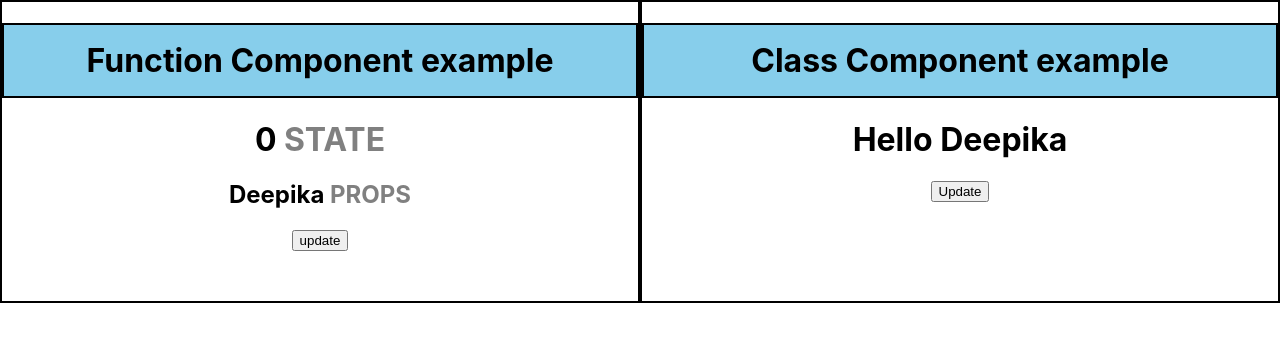
Repository: DeepikaSuretek/React
Page: / (app in practice-app/)
An editor plug-in stored every save of this project. The page is shown before and after the next save, followed by the edit.
The browser window is 1280 px wide. The pictures show the whole page.
The project was rebuilt for these pictures with package versions that can differ from the ones it lists, and the page was loaded fresh each time.

Above is the page before, as saved 2024-07-08 19:58:39.

### practice-app/src/App.js
import './App.css';
import User from './class-component/class';
import Fun from './functional-component/function'

function App() {
  return (
    <div className="App" style={{display: "inline-flex",
      width: "100%"}}>
      <div style={{width:"50%",border: "2px solid","padding-bottom": "50px"}}>
        <h1 style={{"background-color": "skyblue","padding": "16px","border": "2px solid"}}>Function Component example</h1>
        <Fun name="Deepika" />
      </div>
      <div style={{width:"50%",border: "2px solid","padding-bottom": "50px"}}>
        <h1 style={{"background-color": "skyblue","padding": "16px","border": "2px solid"}}>Class Component example</h1>
        <User></User>
        </div>

    </div>
  );
}

export default App;

### practice-app/src/App.css
.App {
  text-align: center;
}

.App-logo {
  height: 40vmin;
  pointer-events: none;
}

@media (prefers-reduced-motion: no-preference) {
  .App-logo {
    animation: App-logo-spin infinite 20s linear;
  }
}

.App-header {
  background-color: #282c34;
  min-height: 100vh;
  display: flex;
  flex-direction: column;
  align-items: center;
  justify-content: center;
  font-size: calc(10px + 2vmin);
  color: white;
}

.App-link {
  color: #61dafb;
}

@keyframes App-logo-spin {
  from {
    transform: rotate(0deg);
  }
  to {
    transform: rotate(360deg);
  }
}

.loader{
  height: 100px;
  width: 100px;
  border: 8px solid;
  border-color: black black black red;
  border-radius: 50%;
  animation: App-logo-spin 2s linear infinite;
}

.highlight{
  color:gray
}

### practice-app/src/class-component/class.js
import { Component } from "react"

class User extends Component{
    constructor(){
        super();
        this.state = {
            data:'Deepika'
        }
    }

    changeData(){
        this.setState({data:"changes"});
    }
    render(){
        return(
           <div><h1>Hello {this.state.data}</h1>
           <button onClick={()=>this.changeData()}>Update</button>
           </div>

        )
    }
}

export default User;

### practice-app/src/functional-component/function.js
import { useState } from "react";

function Fun(props) {
    const [count,setCount] = useState(0);
    function updateCount(){
       setCount(count+1);
    }
    return(
        <div>
            <h1>{count} <span className="highlight">STATE</span></h1>
            <h2>{props.name}  <span className="highlight"> PROPS</span></h2>
            <button onClick={updateCount}>update</button>
        </div>

    )
}

export default Fun;

Loaded but not shown: practice-app/public/index.html (common file); practice-app/src/index.js (common file); practice-app/src/index.css (common file); practice-app/src/reportWebVitals.js (common file)

After the next save:
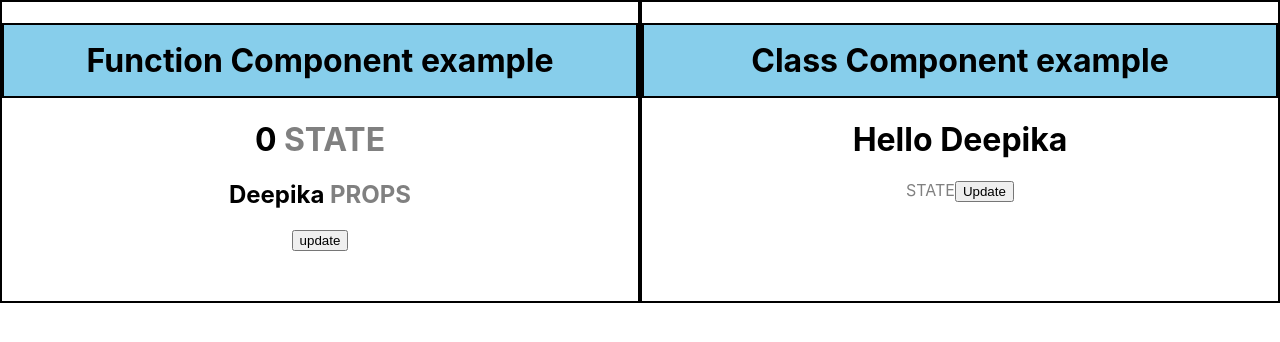
Saved 4 min 15 s later.
--- a/practice-app/src/class-component/class.js
+++ b/practice-app/src/class-component/class.js
@@ -13,7 +13,7 @@ class User extends Component{
     }
     render(){
         return(
-           <div><h1>Hello {this.state.data}</h1>
+           <div><h1>Hello {this.state.data}</h1> <span className="highlight">STATE</span>
            <button onClick={()=>this.changeData()}>Update</button>
            </div>
 
